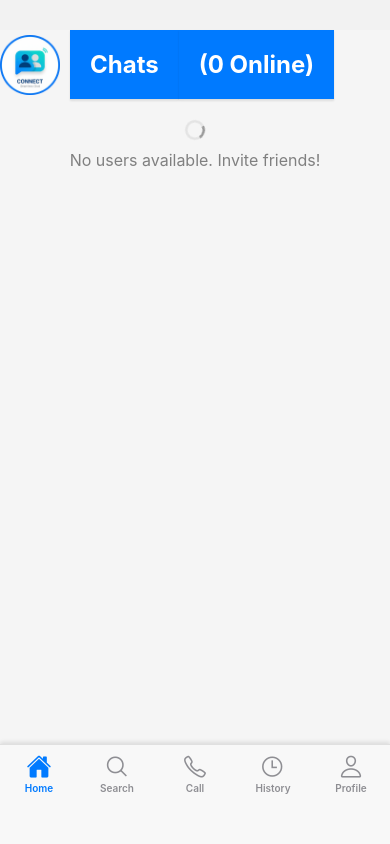
Repository: UdayRaj04/Chatapp_native
Screen: /MainTabs (app in ChatAppFrontend/)
The author's editor kept a copy of each file at every save. The screen is drawn from the files as they stood at one save, then again after the next save.
The app was drawn by React Native's web renderer in a window 390 px wide. The project was rebuilt for these pictures with package versions that can differ from the ones it lists, and the page was loaded fresh each time. Some packages were replaced by stand-ins written for this rebuild. Also part of the build but not shown: ChatAppFrontend/screens/RegisterScreen.tsx, ChatAppFrontend/screens/ChatScreen.tsx, ChatAppFrontend/screens/SearchScreen.tsx, ChatAppFrontend/screens/AnalyticsScreen.tsx, ChatAppFrontend/screens/HistoryScreen.tsx, ChatAppFrontend/screens/ProfileScreen.tsx.

Above is the screen before, as saved 2025-09-09 17:52:27.

After the next save:
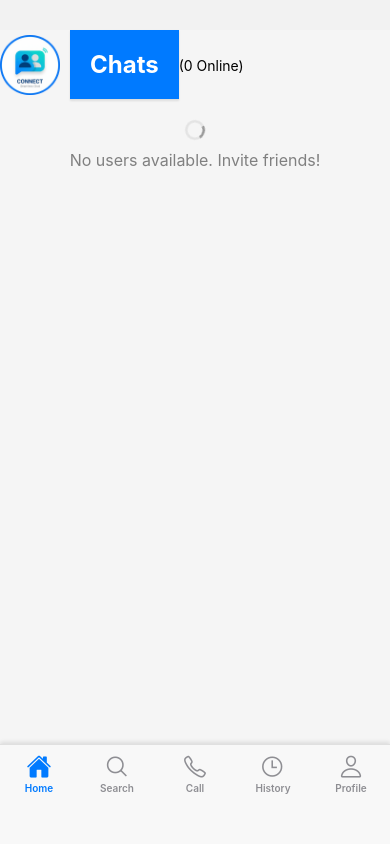
Saved 11 s later.
--- a/ChatAppFrontend/screens/ChatListScreen.tsx
+++ b/ChatAppFrontend/screens/ChatListScreen.tsx
@@ -187,7 +187,7 @@ export default function ChatListScreen({ navigation }: { navigation: any }) {
   <Text style={styles.title}>
     Chats
   </Text>
-  <Text style={styles.title}>
+  <Text style={styles.title1}>
     ({onlineUsers.size} Online)
   </Text>
 </View>
